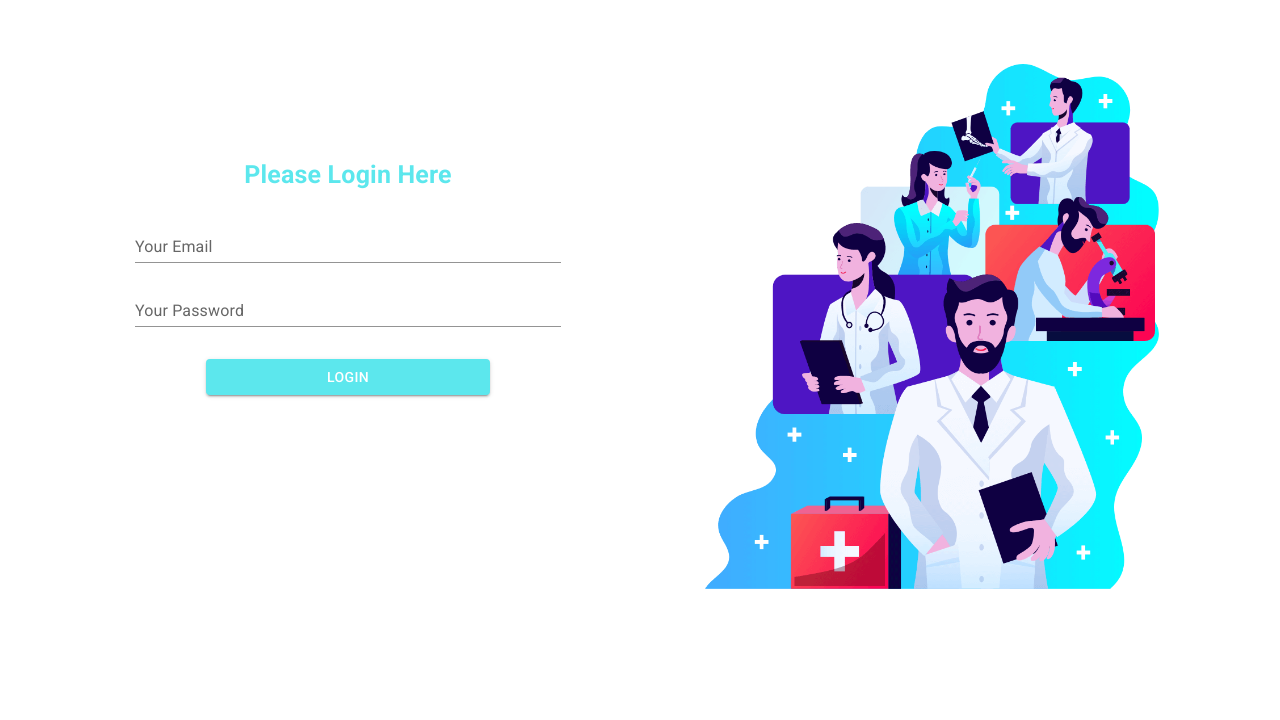
Repository: Sharif-00112/doctors-portal-client
Page: /login
The author's editor kept a copy of each file at every save. The page is drawn from the files as they stood at one save, then again after the next save.
The browser window is 1280 px wide. The pictures show the whole page.
The project was rebuilt for these pictures with package versions that can differ from the ones it lists, and the page was loaded fresh each time. Also part of the build but not shown: src/Pages/Shared/Footer/Footer.js, src/Pages/Home/AppointmentBanner/AppointmentBanner.js, src/Pages/Home/Banner/Banner.js, src/Pages/Home/Contact/Contact.js, src/Pages/Home/Service/Service.js, src/Pages/Home/Services/Services.js, src/Pages/Home/Story/Story.js, src/Pages/Home/Home/Home.js and 6 more.

Above is the page before, as saved 2022-11-06 16:50:01.

After the next save:
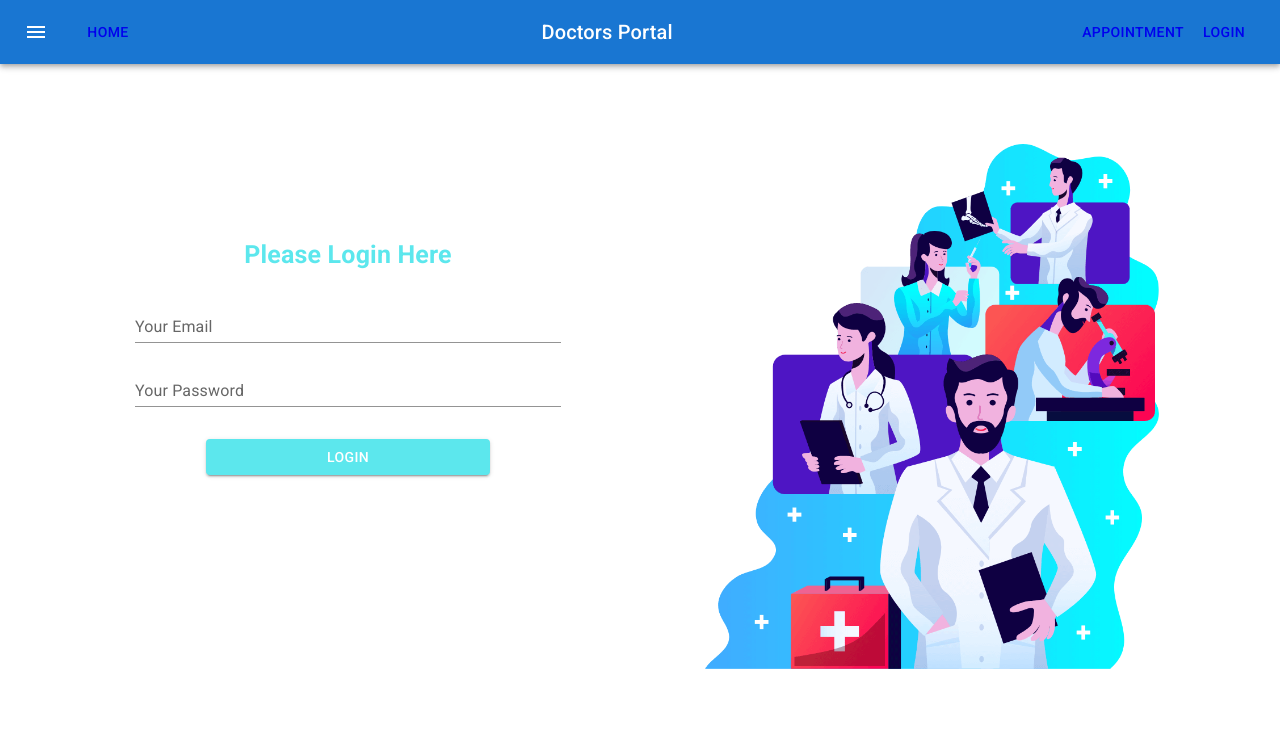
Saved 4 h 40 min later.
--- a/src/Pages/Login/Login/Login.js
+++ b/src/Pages/Login/Login/Login.js
@@ -5,6 +5,7 @@ import { Button, Container } from '@mui/material';
 import Typography from '@mui/material/Typography';
 import loginImg from '../../../images/images/login.png'
 import TextField from '@mui/material/TextField';
+import Navigation from '../../Shared/Navigation/Navigation';
 
 const Login = () => {
     const handleOnChange = e =>{
@@ -16,37 +17,40 @@ const Login = () => {
     }
 
     return (
-        <Container sx={{ my:8 }}>
-            <Box sx={{ flexGrow: 1 }}>
-                <Grid container spacing={2}>
-                    <Grid sx={{ mt:10 }} xs={12} md={6}>
-                        <Typography sx={{ my:2, fontSize: 25, fontWeight: 600 }} style={{color: '#5CE7ED'}} variant="h4" component="div">
-                            Please Login Here
-                        </Typography>
-                        <form onSubmit={ handleLoginSubmit }>
-                            <TextField
-                                sx={{ width:'75%', m:1 }}
-                                id="standard-basic"
-                                label="Your Email"
-                                variant="standard" />
-                            <br />
-                            <TextField
-                                sx={{ width:'75%', m:1 }}
-                                id="standard-basic"
-                                label="Your Password"
-                                type="password"
-                                variant="standard" />
-                            <br />
-                            <Button type='submit' sx={{ width:'50%',m:3 }} variant="contained" style={{backgroundColor: '#5CE7ED'}}>Login</Button>
-                        </form>
+        <div className="">
+            <Navigation></Navigation>
+            <Container sx={{ my:8 }}>
+                <Box sx={{ flexGrow: 1 }}>
+                    <Grid container spacing={2}>
+                        <Grid sx={{ mt:10 }} xs={12} md={6}>
+                            <Typography sx={{ my:2, fontSize: 25, fontWeight: 600 }} style={{color: '#5CE7ED'}} variant="h4" component="div">
+                                Please Login Here
+                            </Typography>
+                            <form onSubmit={ handleLoginSubmit }>
+                                <TextField
+                                    sx={{ width:'75%', m:1 }}
+                                    id="standard-basic"
+                                    label="Your Email"
+                                    variant="standard" />
+                                <br />
+                                <TextField
+                                    sx={{ width:'75%', m:1 }}
+                                    id="standard-basic"
+                                    label="Your Password"
+                                    type="password"
+                                    variant="standard" />
+                                <br />
+                                <Button type='submit' sx={{ width:'50%',m:3 }} variant="contained" style={{backgroundColor: '#5CE7ED'}}>Login</Button>
+                            </form>
 
+                        </Grid>
+                        <Grid xs={12} md={6}>
+                            <img style={{ width:'80%' }} src={loginImg} alt="" />
+                        </Grid>
                     </Grid>
-                    <Grid xs={12} md={6}>
-                        <img style={{ width:'80%' }} src={loginImg} alt="" />
-                    </Grid>
-                </Grid>
-            </Box>
-        </Container>
+                </Box>
+            </Container>
+        </div>
     );
 };
 
